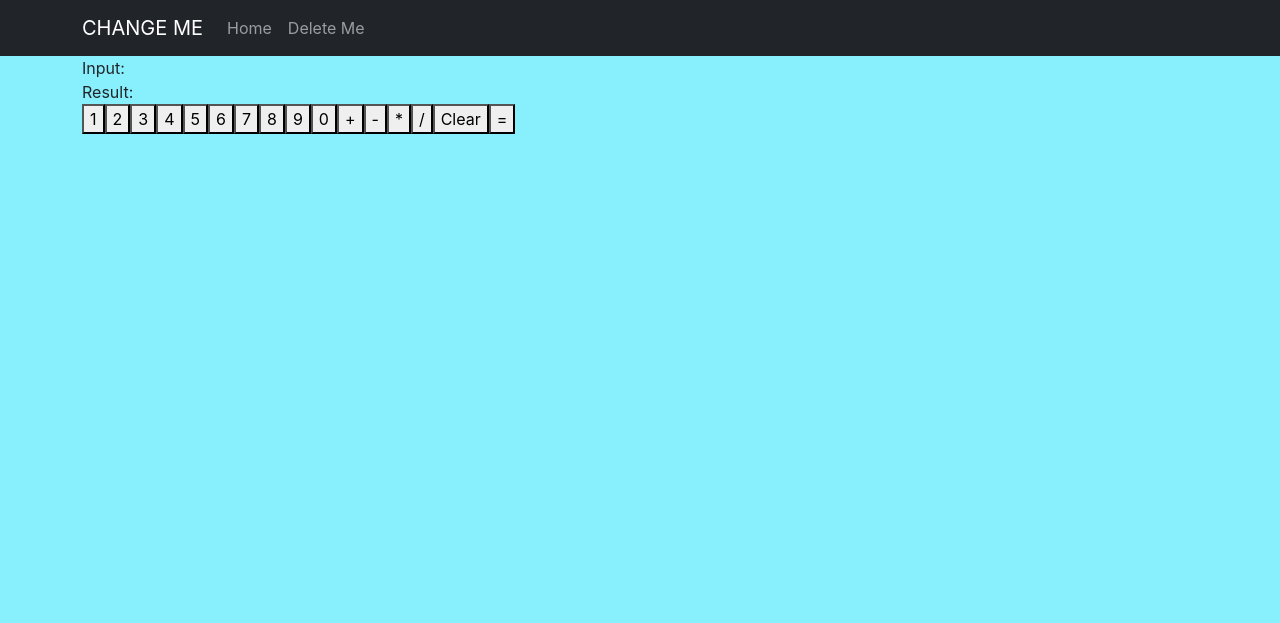
Repository: jgramirez0210/calculator-react
Page: /
These files come from the project's save history. The page is drawn as it stood at one moment and after a run of saves; the edit follows.
The browser window is 1280 px wide. The pictures show the whole page.
The project was rebuilt for these pictures with package versions that can differ from the ones it lists, and the page was loaded fresh each time. The framework's server and built-in components were replaced by stand-ins that run in the browser. Also part of the build but not shown: next.config.js.

Above is the page before, as saved 2024-01-09 19:59:38.

After the next 2 saves:
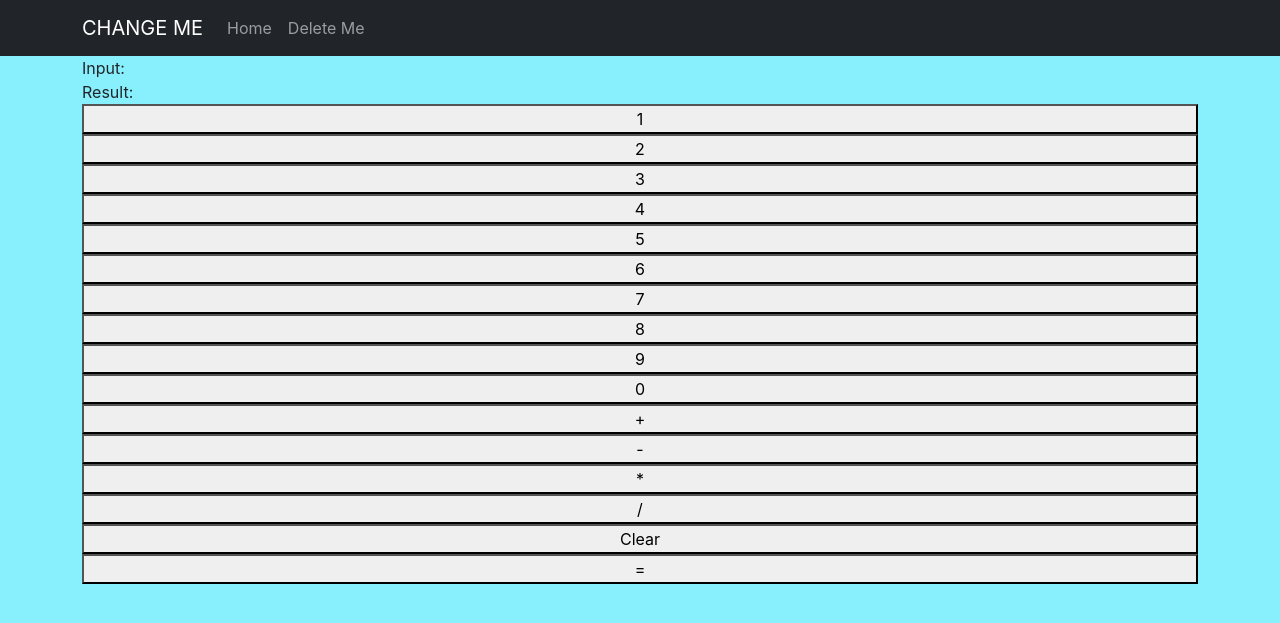
The 2 saves are shown as one change because they came seconds apart.
The last was saved 7 s later.
--- a/styles/globals.css
+++ b/styles/globals.css
@@ -21,5 +21,6 @@ body {
   background-color: #88effd;
 }
 .calculator-grid {
-  display
+  display: grid;
+  grid-template-columns: ;
 }
